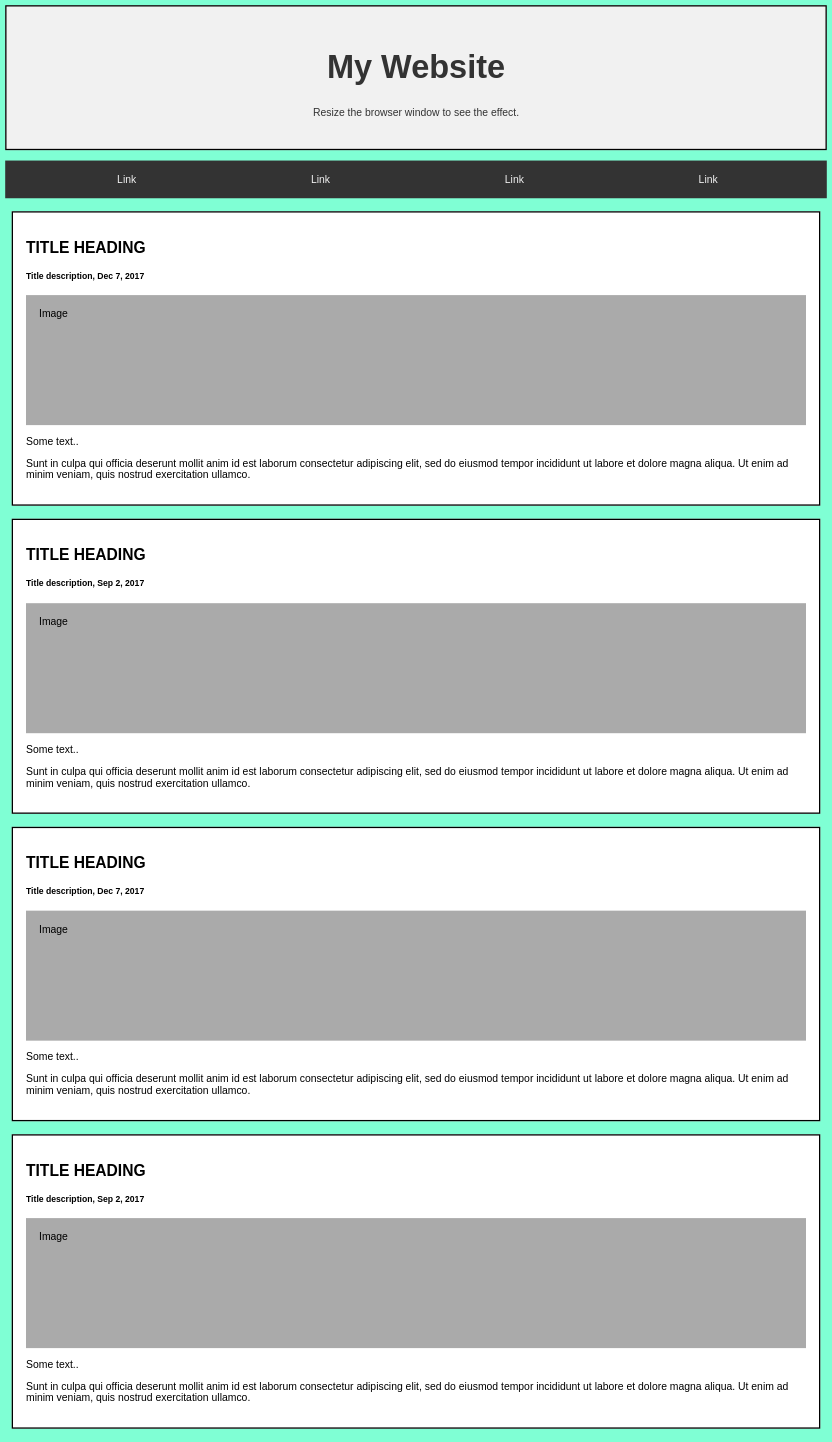
Repository: Divineridh/LPPAChallenges
Page: Trabajos en Clase/ejercicio web responsive/ejercicio.html
An editor plug-in stored every save of this project. The page is shown before and after the next save, followed by the edit.
The browser window is 1280 px wide. The pictures show the whole page, at 65% of full size.

Above is the page before, as saved 2022-05-03 21:24:12.

After the next save:
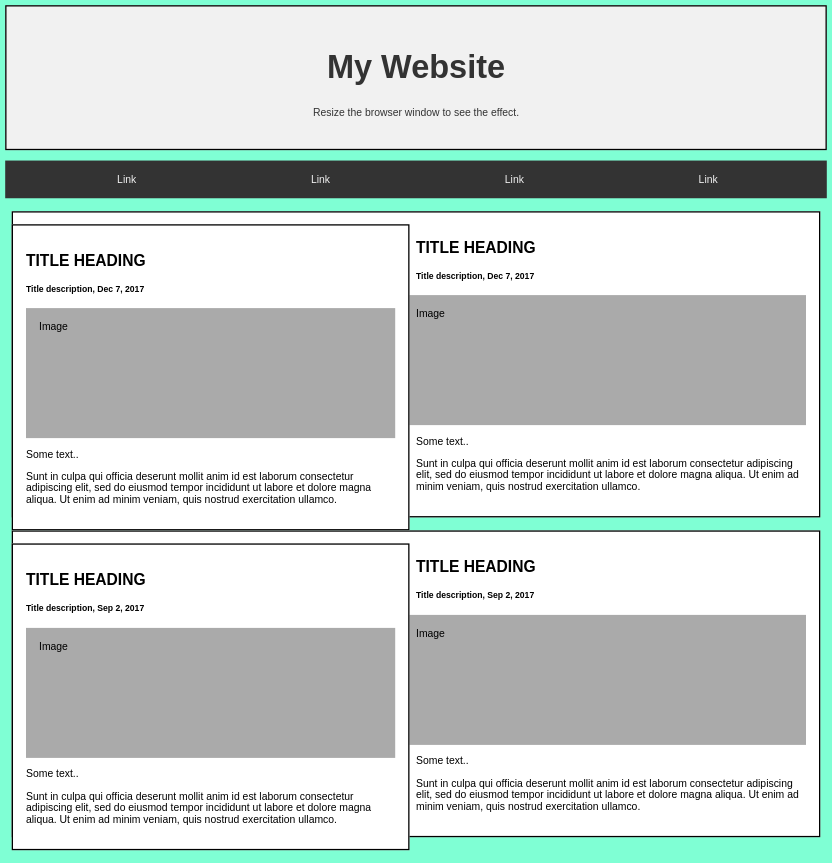
Saved 73 s later.
--- a/Trabajos en Clase/ejercicio web responsive/media.css
+++ b/Trabajos en Clase/ejercicio web responsive/media.css
@@ -14,6 +14,10 @@
     .fakeimg {
         display: block;
     }
+    .left-column {
+        float: left;
+        width: 50%;
+    }
 }
 
 @media screen and (min-width: 992px) {
